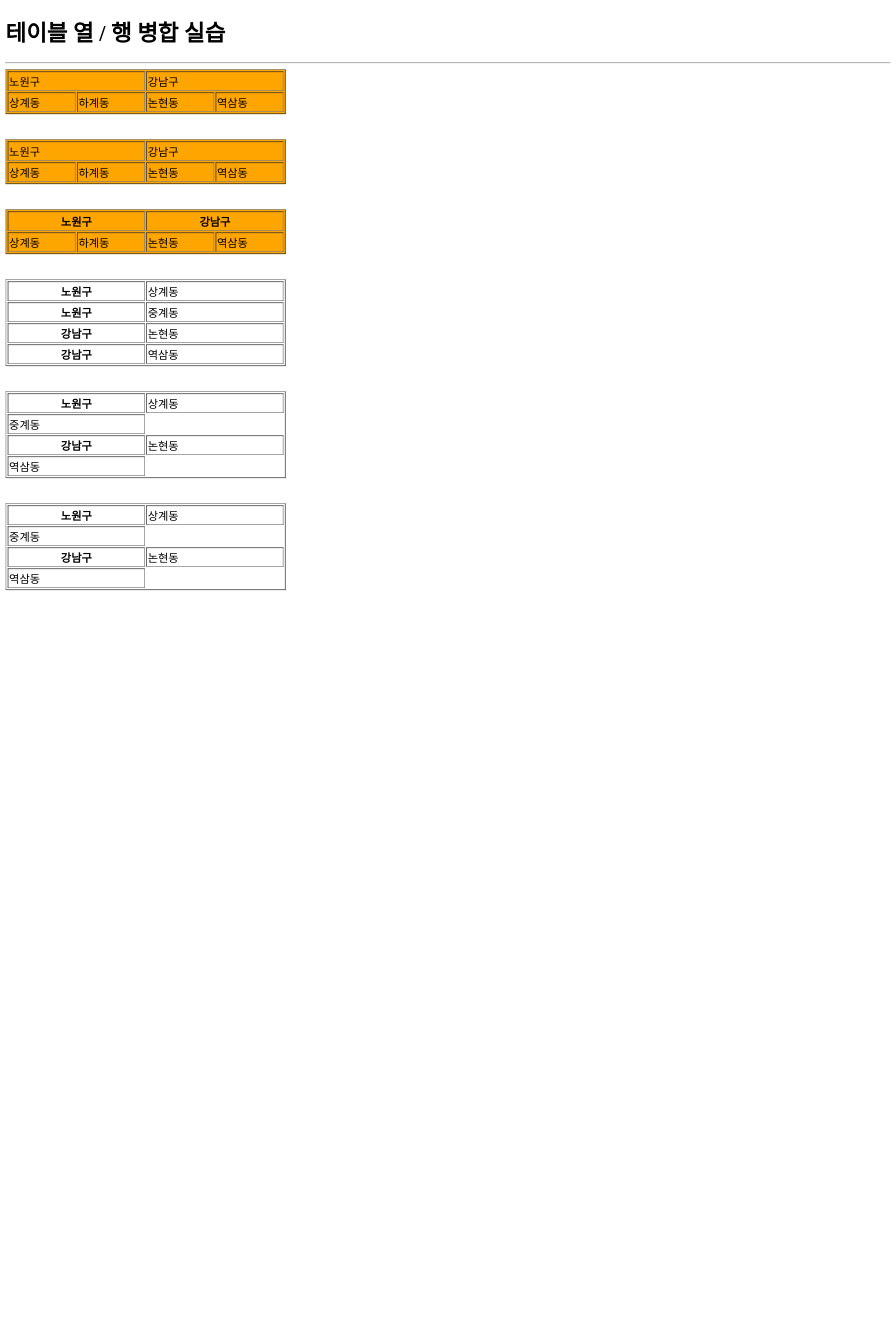
Repository: jp0301/WebStudy
Page: WebApp01/WebContent/Test012.html
These files come from the project's save history. The page is drawn as it stood at one moment and after the next save; the edit follows.
The browser window is 1280 px wide. The pictures show the part of the page from y = 0 to 1920 px (the page is 2831 px tall), at 70% of full size.

Above is the page before, as saved 2022-09-27 02:38:48.

### WebApp01/WebContent/Test012.html
<!DOCTYPE html>
<html>
<head>
<meta charset="UTF-8">
<title>Test012.html</title>
</head>
<body>

	<div>
		<h1>테이블 열 / 행 병합 실습</h1>
		<hr>
	</div>

	<div>
		<table border="1" bgcolor="orange" width="400">

			<tr>
				<td colspan="2">노원구</td>
				<td colspan="2">강남구</td>
			</tr>
			<tr>
				<td>상계동</td>
				<td>하계동</td>
				<td>논현동</td>
				<td>역삼동</td>
			</tr>
		</table>
		<br><br>


		<table border="1" bgcolor="orange" width="400">

			<tr>
				<td colspan="2">노원구</td>
				<td colspan="2">강남구</td>
			</tr>
			<tr>
				<td>상계동</td>
				<td>하계동</td>
				<td>논현동</td>
				<td>역삼동</td>
			</tr>
		</table>
		<br><br>

		<!--  th 셀의 활용 -->
		<table border="1" bgcolor="orange" width="400">

			<tr>
				<th colspan="2">노원구</th>
				<th colspan="2">강남구</th>
			</tr>
			<tr>
				<td>상계동</td>
				<td>하계동</td>
				<td>논현동</td>
				<td>역삼동</td>
			</tr>
		</table>
		<br><br>

		<table border="1" width="400">
			<tr>
				<th>노원구</th>
				<td>상계동</td>
			</tr>

			<tr>
				<th>노원구</th>
				<td>중계동</td>
			</tr>

			<tr>
				<th>강남구</th>
				<td>논현동</td>
			</tr>

			<tr>
				<th>강남구</th>
				<td>역삼동</td>
			</tr>

		</table>
		<br><br>

		<table border="1" width="400">
			<tr>
				<th>노원구</th>
				<td>상계동</td>
			</tr>

			<tr>
				<!-- <th>노원구</th> -->
				<td>중계동</td>
			</tr>

			<tr>
				<th>강남구</th>
				<td>논현동</td>
			</tr>

			<tr>
				<!-- <th>강남구</th> -->
				<td>역삼동</td>
			</tr>

		</table>
		<br><br>

		<table border="1" width="400">
			<tr>
				<th>노원구</th>
				<td>상계동</td>
			</tr>

			<tr>
				<!-- <th>노원구</th> -->
				<td>중계동</td>
			</tr>

			<tr>
				<th>강남구</th>
				<td>논현동</td>
			</tr>

			<tr>
				<!-- <th>강남구</th> -->
				<td>역삼동</td>
			</tr>

		</table>
		<br><br>

	</div>

<br><br><br><br><br><br><br><br><br><br><br><br><br><br><br><br><br><br>
<br><br><br><br><br><br><br><br><br><br><br><br><br><br><br><br><br><br>
<br><br><br><br><br><br><br><br><br><br><br><br><br><br><br><br><br><br>
<br><br><br><br><br><br><br><br><br><br><br><br><br><br><br><br><br><br>
<br><br><br><br><br><br><br><br><br><br><br><br><br><br><br><br><br><br>
<br><br><br><br><br><br><br><br><br><br><br><br><br><br><br><br><br><br>


</body>
</html>

After the next save:
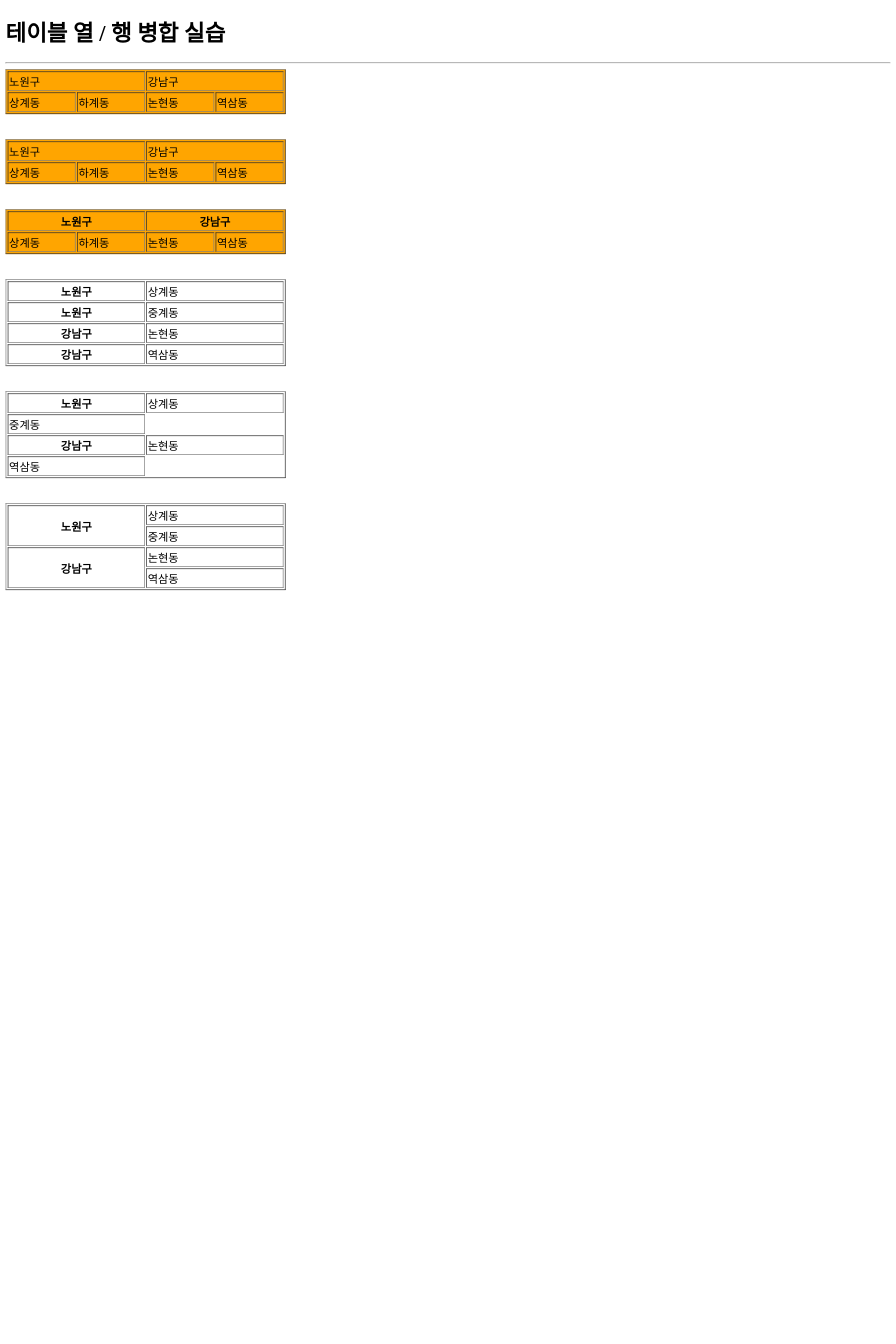
Saved 14 s later.
--- a/WebApp01/WebContent/Test012.html
+++ b/WebApp01/WebContent/Test012.html
@@ -109,7 +109,7 @@
 
 		<table border="1" width="400">
 			<tr>
-				<th>노원구</th>
+				<th rowspan="2">노원구</th>
 				<td>상계동</td>
 			</tr>
 
@@ -119,7 +119,7 @@
 			</tr>
 
 			<tr>
-				<th>강남구</th>
+				<th rowspan="2">강남구</th>
 				<td>논현동</td>
 			</tr>
 
